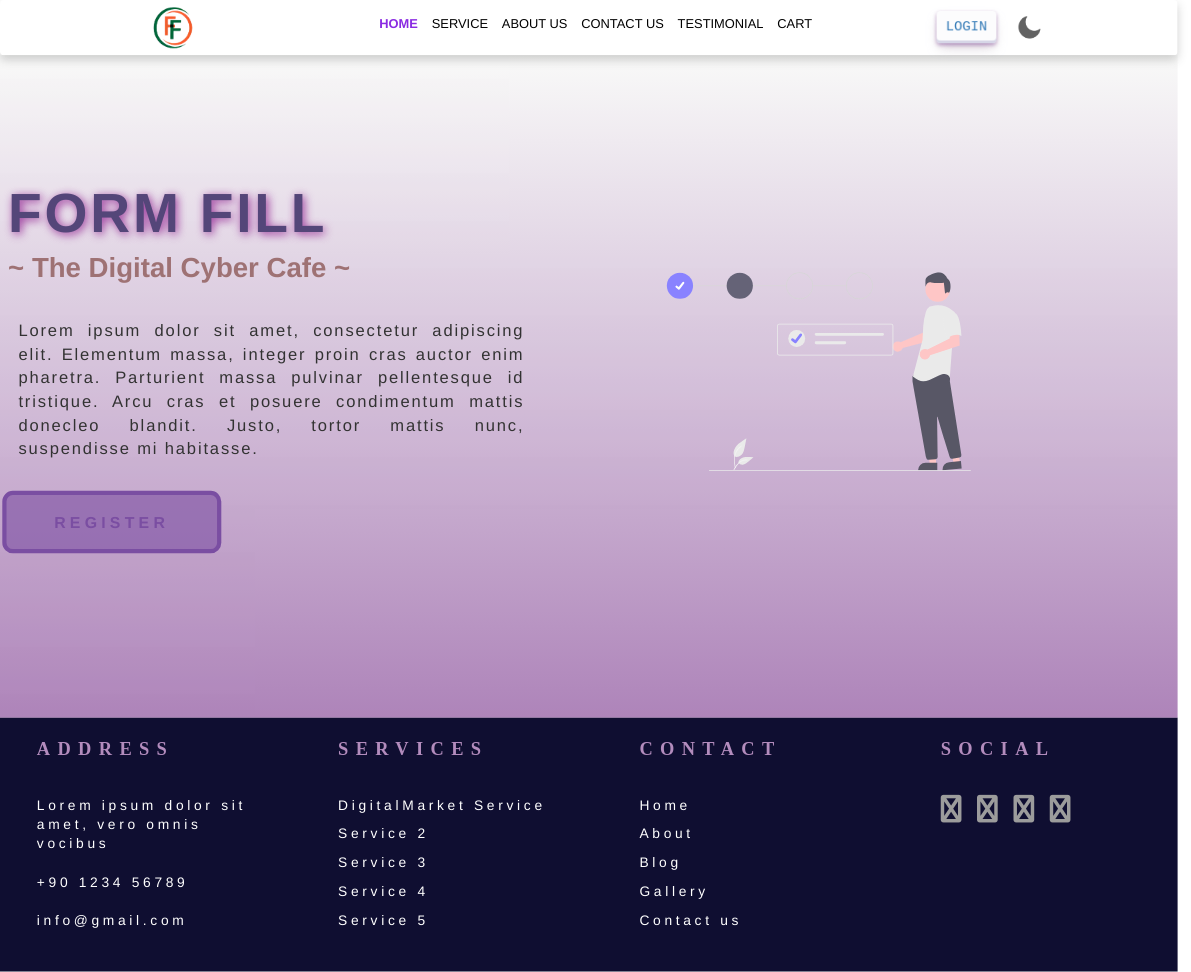
Repository: codervivek5/Formfil
Page: index.html
An editor plug-in stored every save of this project. The page is shown before and after the next save, followed by the edit.
The browser window is 1280 px wide. The page is 1295 px wide, so the pictures cover 1295 px, including what lies to the right of the window. The pictures show the whole page, at 92% of full size.
The pointer rests on the first visible `.btn1`.
Some web fonts or font styles are not loaded; a fallback is used.

Above is the page before, as saved 2023-03-04 20:50:04.

### index.html
<!DOCTYPE html>
<html lang="en">

<head>
	<meta charset="UTF-8" />
	<meta http-equiv="X-UA-Compatible" content="IE=edge" />
	<meta name="viewport" content="width=device-width, initial-scale=1.0" />
	<title>Home-FormFil</title>
	<link rel="stylesheet" href="style/style.css" />
     <link rel="stylesheet" href="style/theme.css">

	<link rel="stylesheet" href="https://maxcdn.bootstrapcdn.com/bootstrap/3.4.1/css/bootstrap.min.css">
	<script src="https://ajax.googleapis.com/ajax/libs/jquery/3.6.0/jquery.min.js"></script>
     <script src="https://maxcdn.bootstrapcdn.com/bootstrap/3.4.1/js/bootstrap.min.js"></script>

	<link rel="stylesheet" href="https://fonts.googleapis.com/css?family=Trirong" />
	<link rel="icon" type="image/x-icon" href="./img/crop_logo.png" />
	<link rel="stylesheet" href="https://cdnjs.cloudflare.com/ajax/libs/font-awesome/6.2.1/css/all.min.css">
</head>

<body>

    <div class="loader">
          <img class= "imgload" src="img/logo.png"  alt="">
     </div>

     <header class="navbar">
      <a href="index.html"><img class="logo" src="img/logo.png" width="100px" height="100px" /></a>

      <div class="navbar-opt">
        <ul class="navbar-list">
          <li><a href="index.html" class="nav-link active">HOME</a></li>
          <li><a href="pages/service.html" class="nav-link">SERVICE </a></li>
          <li><a href="pages/about_us.html" class="nav-link">ABOUT US </a></li>
          <li><a href="pages/contact-us.html" class="nav-link">CONTACT US </a></li>
          <li><a href="pages/testimonial.html" class="nav-link">TESTIMONIAL</a></li>
          <li><a href="pages/cart.html" class="nav-link">CART</a></li>
        </ul>
      </div>

      <div class="fixed-buttons">
        <button><a href="pages/login.html" class="lgn">LOGIN</a></button>
        <img src="img/moon.png" id="icon">
      </div>

      <div class="mobile-menu">
        <ion-icon name="menu-outline" class="menu-icon"></ion-icon>
        <ion-icon name="close-outline" class="menu-icon"></ion-icon>
      </div>

     </header>

	<div class="main">

		<div class="container">
			<div class="content">
				<h1>FORM FILL</h1>
				<h2>~ The Digital Cyber Cafe ~</h2>
				<p class="para">
					Lorem ipsum dolor sit amet, consectetur adipiscing elit.
          Elementum massa, integer proin cras auctor enim pharetra.
					Parturient massa pulvinar pellentesque id tristique.
          Arcu cras et posuere condimentum mattis donecleo blandit.
          Justo, tortor mattis nunc, suspendisse mi habitasse.
				</p>
				<div class="btn">
					<a href="pages/signup.html"> <button class="btn1 button">REGISTER</button></a>
				</div>
			</div>
			<div class="shipp">
				<img src="img/svg.svg" />
        <!-- <img src="img/formfilSvg.svg" /> -->
			</div>
		</div>
	</div>

<!-- footer section -->
<footer>
    <div>
        <div class="row">
            <div class="col-lg-3 col-md-5 col-sm-4 col-xs-12">
                <ul class="adress">
                     <span>Address</span>
                     <li>
                        <p>Lorem ipsum dolor sit amet, vero omnis vocibus</p>
                      </li>

                      <li>
                        <p>+90 1234 56789</p>
                      </li>

                      <li>
                        <p>info@gmail.com</p>
                      </li>
                 </ul>
            </div>
            <div class="col-lg-3 col-md-5 col-sm-4 col-xs-12">
               <ul class="service">
                    <span>Services</span>
                    <li>
                       <a href="#">DigitalMarket Service</a>
                     </li>

                     <li>
                        <a href="#">Service 2</a>
                     </li>

                     <li>
                       <a href="#">Service 3</a>
                     </li>

                     <li>
                        <a href="#">Service 4 </a>
                     </li>

                     <li>
                       <a href="#">Service 5</a>
                    </li>
               </ul>
           </div>
            <div class="col-lg-3 col-md-3 col-sm-4 col-xs-12">
                <ul class="contact">
                     <span>Contact</span>
                     <li>
                        <a href="index.html">Home</a>
                      </li>

                      <li>
                         <a href="pages/about_us.html">About</a>
                      </li>

                      <li>
                        <a href="#">Blog</a>
                      </li>

                      <li>
                         <a href="#">Gallery </a>
                      </li>

                      <li>
                        <a href="pages/contact-us.html">Contact us</a>
                     </li>
                </ul>
            </div>

            <div class="col-lg-3 col-md-3 col-sm-4 col-xs-12">
               <ul class="social">
                    <span>Social</span>
                    <li>
                         <a href="https://www.facebook.com/codervivek"  target="_blank"><i class="fa fa-facebook fa-2x"></i></a>
                    </li>

                    <li>
                         <a href="https://github.com/codervivek5" target="_blank"><i class="fa fa-github fa-2x"></i></a>
                    </li>

                    <li>
                         <a href="https://www.linkedin.com/in/codervivek/" target="_blank"><i class="fa fa-linkedin fa-2x"></i></a>
                    </li>

                    <li>
                         <a href="https://twitter.com/codervivek5" target="_blank"><i class="fa fa-twitter fa-2x"></i></a>
                    </li>

                    <li>
                         <a href="https://www.youtube.com/codervivek" target="_blank"><i class="fa fa-youtube-play fa-2x"></i></a>
                   </li>
                  </ul>
            </div>
       </div>
    </div>
    <button class="back-to-top hidden">
     <svg
     xmlns="http://www.w3.org/2000/svg"
     class="back-to-top-icon"
     fill="none"
     viewBox="0 0 24 24"
     stroke="currentColor"
   >
     <path
       stroke-linecap="round"
       stroke-linejoin="round"
       stroke-width="2"
       d="M7 11l5-5m0 0l5 5m-5-5v12"
     />
   </svg></button>
</footer>


<script>

     // Javascript Code for Dark Mode Switch
	var icon = document.getElementById("icon");
	icon.onclick = function(){
		document.body.classList.toggle("dark-mode");
		if (document.body.classList.contains("dark-mode")){
			icon.src="img/sun.png";
		}
		else {
			icon.src="img/moon.png";
		}
	}
  //javascript for loader
  $(document).ready(function() {
      // Animate loader off screen
   setTimeout(function() {
    $(".loader").fadeOut("slow");
   }, 0);
  });
      // Javascript Code for Scroll to top Button
      const showOnPx = 100;
      const backToTopButton = document.querySelector(".back-to-top")

     const scrollContainer = () => {
       return document.documentElement || document.body;
      };

 document.addEventListener("scroll", () => {
   if (scrollContainer().scrollTop > showOnPx) {
     backToTopButton.classList.remove("hidden")
   } else {
     backToTopButton.classList.add("hidden")
   }
 })
 const goToTop = () => {
   document.body.scrollIntoView({
     behavior: "smooth",
   });
 };
 backToTopButton.addEventListener("click", goToTop);

 const mobile_nav= document.querySelector('.mobile-menu');
const nav_header= document.querySelector(".navbar");

const toggleNav = () =>{
  nav_header.classList.toggle("switchOn");
}

mobile_nav.addEventListener('click', () => toggleNav());

</script>
<script type="module" src="https://unpkg.com/ionicons@5.5.2/dist/ionicons/ionicons.esm.js"></script>
<script nomodule src="https://unpkg.com/ionicons@5.5.2/dist/ionicons/ionicons.js"></script>
</body>
</html>

### style/style.css
@import url('https://fonts.googleapis.com/css2?family=Tilt+Prism&display=swap');

body{
	margin:0;
	padding:0;
	background:black;
font-family: 'Times New Roman', Times, serif;
overflow-x: hidden;
}
.main{
	position: relative;
	height:100%;
	width:100%;
	background:linear-gradient(rgba(244, 245, 243, 0.712),#7b378ec4);
	background-position: center;
	background-repeat: no-repeat;
	background-size: cover;
	opacity: 0.8;

}
.navbar{
    padding: 0 !important;
    padding: 0 3rem;
    height: 6rem;
    display: flex;
    justify-content: space-between;
    align-items: center;
    margin-bottom: 0 !important;
    box-shadow: 0px 5px 10px #48464640 !important;
    z-index: 999;
}

.navbar-opt{
    transition: all 0.5s;
  }

  .navbar-list{
    display: flex;
    gap: 1.5rem;
    list-style: none;
  }

  .fixed-buttons{
    display: flex;
    justify-content: center;
    align-items: center;
    column-gap: 1rem;
  }

  .active{
    font-weight: 700 !important;
  }

  .nav-link:link,
.nav-link:visited {
  display: inline-block;
  text-decoration: none;
  color: black;
}

.mobile-menu{
  display: none;
  background: transparent;
  cursor: pointer;
}

.menu-icon{
  width: 3.2rem;
  height: 3.2rem;
  z-index: 1000;
}

.menu-icon[name="close-outline"]{
  display: none;
}

.fixed-buttons button{
  align-items: center;
  appearance: none;
  background-color: #FCFCFD;
  border-radius: 4px;
  border-width: 0;
  box-shadow: #7b378e7b 0 2px 4px,#c1b6c4a8 0 7px 13px -3px,#D6D6E7 0 -3px 0 inset;
  box-sizing: border-box;
  color: #36395A;
  cursor: pointer;
  display: inline-flex;
  font-family: "JetBrains Mono",monospace;
  height: 3.5rem;
  justify-content: center;
  line-height: 1;
  list-style: none;
  overflow: hidden;
  padding-left: 1rem;
  padding-right: 1rem;
  position: relative;
  text-align: left;
  text-decoration: none;
  transition: box-shadow .15s,transform .15s;
  user-select: none;
  -webkit-user-select: none;
  touch-action: manipulation;
  white-space: nowrap;
  will-change: box-shadow,transform;
  font-size: 1.5rem;
}

.fixed-buttons button:focus {
    box-shadow: #D6D6E7 0 0 0 1.5px inset, rgba(45, 35, 66, 0.4) 0 2px 4px, rgba(45, 35, 66, 0.3) 0 7px 13px -3px, #D6D6E7 0 -3px 0 inset;
  }

  .fixed-buttons button:hover {
    box-shadow: rgba(45, 35, 66, 0.4) 0 4px 8px, rgba(45, 35, 66, 0.3) 0 7px 13px -3px, #D6D6E7 0 -3px 0 inset;
    transform: translateY(-2px);
  }

  .fixed-buttons button:active {
    box-shadow: #D6D6E7 0 3px 7px inset;
    transform: translateY(2px);
  }

@media (max-width:1220px){
    .navbar-list{
      gap: 0.3rem;
    }
  }

  @media (max-width:1030px){
    .mobile-menu{
      display: block;
    }

    .navbar{
      padding: 0 1rem;
      position: relative;
    }

    .navbar-opt{
      width: 100vw;
      height: 100vh;
      background-color: #484646dd;
      position: absolute;
      top: 0;
      left: 0;
      display: flex;
      justify-content: center;
      /* transform: translateY(100%); */
      transition: all 0.5s linear;
      opacity: 0;
      visibility: hidden;
      pointer-events: none;
    }

    .navbar-list{
      flex-direction: column;
      align-items: center;
      justify-content: center;
      font-size: 1.7rem;
      font-weight: 500;
    }

    .switchOn .navbar-opt{
      opacity: 1;
      visibility: visible;
      pointer-events: auto;
    }

    .switchOn .mobile-menu .menu-icon[name="close-outline"]{
      display: block;
    }

    .switchOn .mobile-menu .menu-icon[name="menu-outline"]{
      display: none;
    }

  }

  .nav-link:hover{
    color: grey !important;
  }

    /* ____________________________________________________________________________________________________________ */

.container{
    display: flex;
    justify-content: space-between;
    align-items: center;
    position: relative;
    top: 20vh;
    padding: 0px 25px;
}
.shipp img{
    width: 60vh;
}
.content{
  display: flex;
  flex-direction: column;
  margin-left: -110px;
}
.content h1{
    color: #2a1958;
    text-shadow: 2px 2px 10px purple;
    font-size: 6rem;
    letter-spacing: 3px;
    margin-top: -5px;
    font-weight: bold;
}
.content h2{
  color: rgba(0, 0, 0, 0.87);
	width:100%;
  font-weight: bold;
  margin-top: -1px;
}
.content .para{
  color: black;
	width:100%;
  text-align: justify;
  font-size: 18px;
  margin-top: 30px;
  padding-left: 60px;
  letter-spacing: 2px;

}
.content .btn{
  text-align: left;
  margin-left: 45px;
  margin-top: 20px;
}
.content button{
    padding: 15px 45px;
    border-radius: 10px;
    border: none;
    background-color: rgba(90, 34, 139,0.6) !important;
    border: 4px solid rgba(90, 34, 139);
    color: white !important;
    font-weight: bold !important;
    letter-spacing: 4px;
    font-size: 15px !important;
    transition: transform .2s;
}
.btn1:hover{
  transform: scale(1.15);
  background-color: rbg(90, 34, 139,0.4) !important;
  color: rgb(90, 34, 139) !important;
}

@media only screen and (max-width: 1300px){
    .shipp img{
      width: 50vw;
      height: 30vh;
  }
  }

  @media only screen and (max-width: 500px){
    .container{
      display: flex;
      flex-direction: column;
      padding: 0 !important;
      margin: 0 !important;
    }
    .content{
      width: 100vw;
      display: flex;
      flex-direction: column;
      justify-content: center;
      align-items: center;
      padding: 0 !important;
      margin: 0 !important;
    }
    .shipp img{
      width: 50vw;
      height: 40vh;
  }
  .content h1{
    font-size: 3rem;
  }
  .content h2{
    font-size: 2rem;
  }
  .content .para{
    font-size: 1.5rem;
  }
  }
/* footer */
footer{
     background-color: #0f0e31;
     padding:20px 0px;
     z-index: 1;
}

footer ul li{
    padding:5px 0px;
}

.adress span , .contact span , .social span, .service span{
   color: #FFF;
   font-weight: 800;
   padding-bottom: 10px;
   margin-bottom: 20px;
   display: block;
   text-transform: uppercase;
   font-size: 20px;
   letter-spacing: 3px;
}

.adress li p , .contact li a , .social li a, .service li a{
    color:#FFF;
    letter-spacing: 2px;
    text-decoration:none;
    font-size:15px;
    font-style: sans-serif;
}

.social li{
    float:left;
}

.adress , .contact , .social , .service{
    list-style: none;
}

.fa{
    color:#9c9c9c;
    margin-right: 15px;
    font-size:24px;
}
.service span{
    letter-spacing: 8px;
    font-family:'Tilt Prism', cursive;
    color:rgb(179,140,189);
}
.contact span{
    letter-spacing: 8px;
    font-family: 'Tilt Prism', cursive;
    color:rgb(179,140,189);

}
.adress span{
    letter-spacing: 8px;
    font-family:'Tilt Prism', cursive;
    color:rgb(179,140,189);
}
.social span{
    letter-spacing: 8px;
    font-family:'Tilt Prism', cursive;
    color:rgb(179,140,189);
}
.service a{
    letter-spacing: 4px !important;
    position: relative;
    transition: all 0.5s ease;
    -webkit-transition: all 0.5s ease;
}
.service a:hover {
    color: rgb(137,130,255) !important;
    transition: all 1s ease;
    -webkit-transition: all 1s ease;
}

 .service a:before, .service a:after {
  content: '';
  position: absolute;
  width: 0%;
  height: 1px;
  bottom: -1px;
  background:rgb(204,214,246);
}

.imgload{
	height: 25%;
	width: 15%;

}
.loader{
    position: fixed;
    z-index: 1;
    top: 0;
    left: 0;
    background: #7b378ec4;
    height: 100%;
    width: 100%;
    display: flex;
    justify-content: center;
    align-items: center;
  }

  .loader.hidden{
    animation: fadeOut 2s forwards;
  }
  @keyframes fadeOut {
    100%{
      opacity: 100%;
      visibility: hidden;
    }
  }



.adress p{
    letter-spacing: 4px !important;
    position: relative;
    transition: all 0.5s ease;
    -webkit-transition: all 0.5s ease;
}
.adress p:hover {
    color: rgb(14, 214, 3) !important;
    transition: all 1s ease;
    -webkit-transition: all 1s ease;
}
.contact a{
    letter-spacing: 4px !important;
    position: relative;
    transition: all 0.5s ease;
    -webkit-transition: all 0.5s ease;
}
.contact a:hover {
    color: rgb(212, 1, 227) !important;
    transition: all 1s ease;
    -webkit-transition: all 1s ease;
}
.social i{
    position: relative;
}
.social i:hover {
    color: rgb(15, 3, 252) !important;
    transition: all 1s ease;
    -webkit-transition: all 1s ease;
}
.back-to-top {
    position: fixed;
    right: 2rem;
    bottom: 2rem;
}
.hidden {
    display: none;
        opacity: 0%;

  }
.back-to-top {
    position: fixed;
    right: 2rem;
    bottom: 2rem;
    border-radius: 100%;
    background: gray;
    padding: 1.5rem;
    border: none;
    cursor: pointer;
    opacity: 100%;
    transition: opacity 0.5s;
  }
  .back-to-top-icon {
    width: 2rem;
    height: 2rem;
    color: white;
  }
  .back-to-top:hover {
    opacity: 60%;
  }

.footerpart{
	text-align: center;
}







    /* ____________________________________________________________________________________________________________ */

### style/theme.css
:root{
	--color--main: linear-gradient(rgba(244, 245, 243, 0.712),#7b378ec4);
	--color--footer: rgb(119, 5, 100);
	--color--h1: #2a1958;
	--color--h2: rgba(122, 60, 60, 0.87);
	--color--p: black;
	--color--btn: #2a1958;
	--color--nav: black;
	--color--nav_before:#2a1958;
	--color--customnav: white;
}
.dark-mode{
	--color--main: linear-gradient(#4b075ac4,rgba(28, 1, 41, 0.712));
	--color--footer: rgb(65, 3, 55);
	--color--h1: rgb(255, 255, 255);
	--color--h2: rgb(233, 233, 233);
	--color--p: white;
	--color--btn: #130735;
	--color--nav: rgb(215, 244, 248);
	--color--nav_before:rgb(215, 244, 248);
	--color--customnav: rgb(174, 147, 180);
}
#icon{
	width: 30px;
	cursor: pointer;
	margin: 10px;
}
.main{
	position: relative;
	height:100vh;
	width:100%;
	background:var(--color--main);
	background-position: center;
	background-repeat: no-repeat;
	background-size: cover;
	opacity: 0.8;
}
.navbar{
	background-color: var(--color--customnav);
}

.nav-link{
	color: var(--color--p) !important;
}

.active{
	color: blueviolet !important;
}
.content h1{
    color:var(--color--h1);
margin-left: 8%;
}
.content h2{
    color: var(--color--h2);
    margin-left: 8%;
}
.content .para{
    color: var(--color--p);
}
.content .btn1 {
    background-color: var(--color--btn);
    color:honeydew;

}
.footer{
	background-color:var(--color--footer);
	display: block;
	justify-content: center;
	align-items: center;
	width: 100%;
	height: 40vh;

}

After the next save:
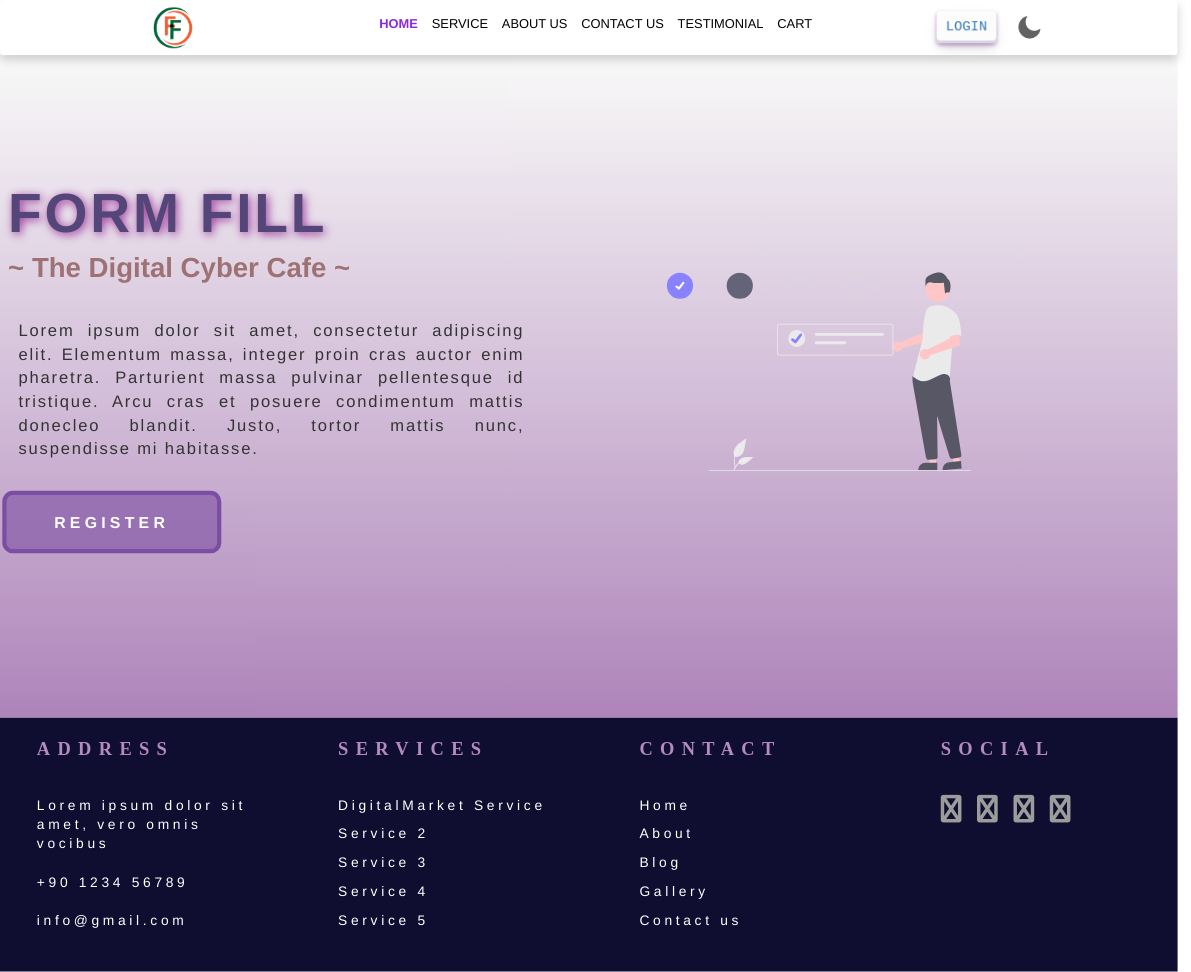
Saved 13 s later.
--- a/style/style.css
+++ b/style/style.css
@@ -241,7 +241,7 @@
 .btn1:hover{
   transform: scale(1.15);
   background-color: rbg(90, 34, 139,0.4) !important;
-  color: rgb(90, 34, 139) !important;
+  color: white !important;
 }
 
 @media only screen and (max-width: 1300px){
